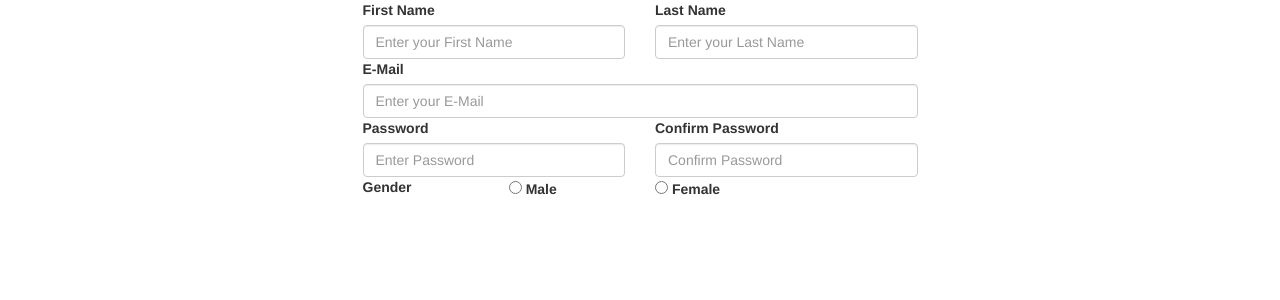
Repository: MoulicaSudamalla161/Tweet
Page: http://localhost/TweetApplication/Registration.jsp
These files come from the project's save history. The page is drawn as it stood at one moment and after the next save; the edit follows.
The browser window is 1280 px wide. The pictures show the whole page.
The page is served by Tomcat 9. Other server files are loaded and not shown.

Above is the page before, as saved 2021-03-02 07:15:00.

### TweetApplication/WebContent/Registration.jsp
<%@ page language="java" contentType="text/html; charset=ISO-8859-1"
    pageEncoding="ISO-8859-1"%>
<!DOCTYPE html>
<html>
<head>
<meta charset="ISO-8859-1">
<title>Registration Page </title>
<link rel="stylesheet" href="https://maxcdn.bootstrapcdn.com/bootstrap/3.4.1/css/bootstrap.min.css">
<script src="https://ajax.googleapis.com/ajax/libs/jquery/3.5.1/jquery.min.js"></script>
<script src="https://maxcdn.bootstrapcdn.com/bootstrap/3.4.1/js/bootstrap.min.js"></script>
</head>
<body>
 <div class="container">
   <div class="row">
      <div class="col-lg-3"></div>
      <div class="col-lg-6">
        <div id="ui">
           <form action="" class="form-group">
             <div class="row">
               <div class="col-lg-6">
                 <label>First Name</label>
                 <input type="text" name="firstname" class="form-control" placeholder="Enter your First Name">
               </div>
               <div class="col-lg-6">
                 <label>Last Name</label>
                 <input type="text" name="lastname" class="form-control"  placeholder="Enter your Last Name">
               </div>
             </div>
              <label>E-Mail</label>
                 <input type="text" name="email" class="form-control"  placeholder="Enter your E-Mail">
              <div class="row">
               <div class="col-lg-6">
                 <label>Password</label>
                 <input type="text" name="password" class="form-control" placeholder="Enter Password">
               </div>
               <div class="col-lg-6">
                 <label>Confirm Password</label>
                 <input type="text" name="cpassword" class="form-control"  placeholder="Confirm Password">
               </div>
             </div>

           <div class="row">
              <div class="col-lg-3">
                <label>Gender</label>
              </div>

               <div class="col-lg-3">
                <div class="form-check form-check-inline">
                  <input class="form-check-input" type="radio" name="male" id="Radio1" value="Male" >
                  <label class="form-check-label" for="exampleRadios1">Male</label>
                </div>
               </div>
               <div class="col-lg-3">
                <div class="form-check form-check-inline">
                  <input class="form-check-input" type="radio" name="female" id="Radio2" value="Female" >
                  <label class="form-check-label" for="exampleRadios2">Female</label>
                </div>
               </div>


             </div>

           </form>
        </div>

      </div>

      <div class="col-lg-3"></div>
   </div>
 </div>
</body>
</html>

After the next save:
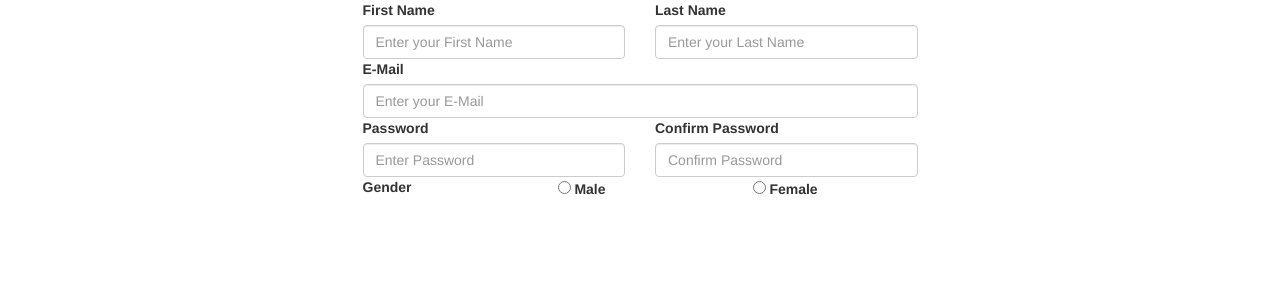
Saved 2 min 50 s later.
--- a/TweetApplication/WebContent/Registration.jsp
+++ b/TweetApplication/WebContent/Registration.jsp
@@ -40,25 +40,24 @@
              </div>
 
            <div class="row">
-              <div class="col-lg-3">
+              <div class="col-sm-4">
                 <label>Gender</label>
               </div>
 
-               <div class="col-lg-3">
+               <div class="col-sm-4">
                 <div class="form-check form-check-inline">
                   <input class="form-check-input" type="radio" name="male" id="Radio1" value="Male" >
                   <label class="form-check-label" for="exampleRadios1">Male</label>
                 </div>
                </div>
-               <div class="col-lg-3">
+               <div class="col-sm-4">
                 <div class="form-check form-check-inline">
                   <input class="form-check-input" type="radio" name="female" id="Radio2" value="Female" >
                   <label class="form-check-label" for="exampleRadios2">Female</label>
                 </div>
                </div>
+             </div>
 
-
-             </div>
 
            </form>
         </div>
